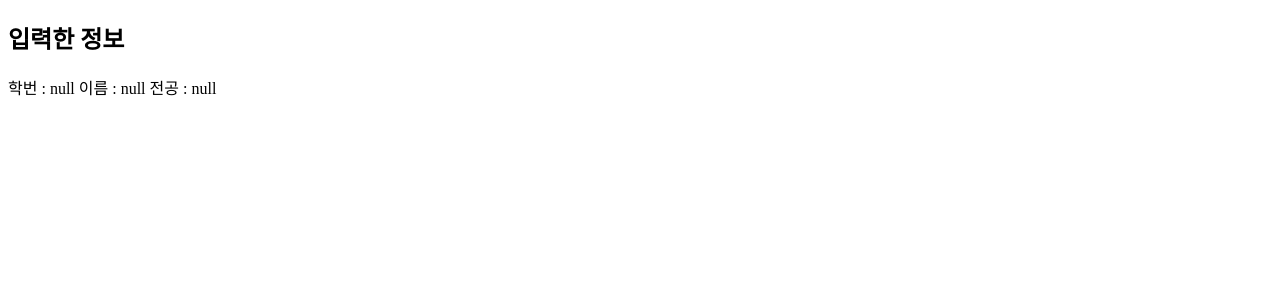
Repository: BangHoJung/jsp
Page: http://localhost/Step02/1229/quest_p238_process.jsp
An editor plug-in stored every save of this project. The page is shown before and after the next save, followed by the edit.
The browser window is 1280 px wide. The pictures show the whole page.
The page is served by Tomcat 9. Other server files are loaded and not shown.

Above is the page before, as saved 2020-12-29 05:31:33.

### Step02/WebContent/1229/quest_p238_process.jsp
<%@ page language="java" contentType="text/html; charset=UTF-8"
    pageEncoding="UTF-8"%>
<!DOCTYPE html>
<html>
<head>
<meta charset="UTF-8">
<title>Insert title here</title>
</head>
<body>
	<h2>입력한 정보</h2>
	<%
		String hak = request.getParameter("hak");
		String name = request.getParameter("name");
		String major = request.getParameter("major");
	%>

	학번 : <%=hak %>
	이름 : <%=name %>
	전공 : <%=major %>
</body>
</html>

After the next save:
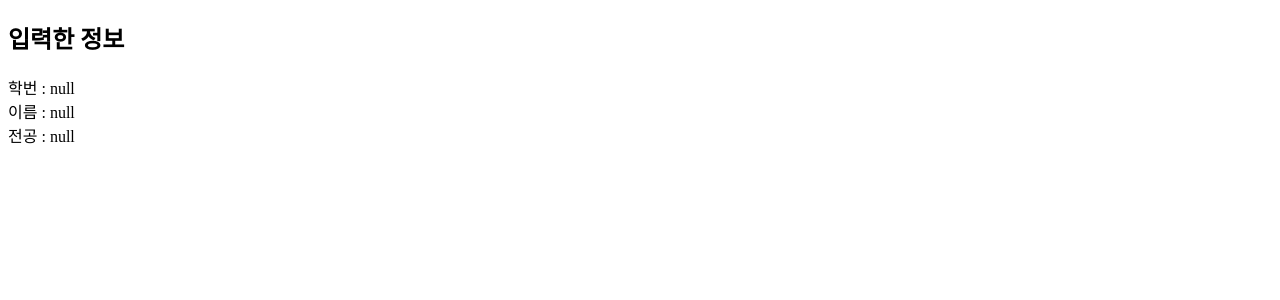
Saved 12 s later.
--- a/Step02/WebContent/1229/quest_p238_process.jsp
+++ b/Step02/WebContent/1229/quest_p238_process.jsp
@@ -14,8 +14,8 @@
 		String major = request.getParameter("major");
 	%>
 
-	학번 : <%=hak %>
-	이름 : <%=name %>
-	전공 : <%=major %>
+	학번 : <%=hak %> <br>
+	이름 : <%=name %> <br>
+	전공 : <%=major %> <br>
 </body>
 </html>
